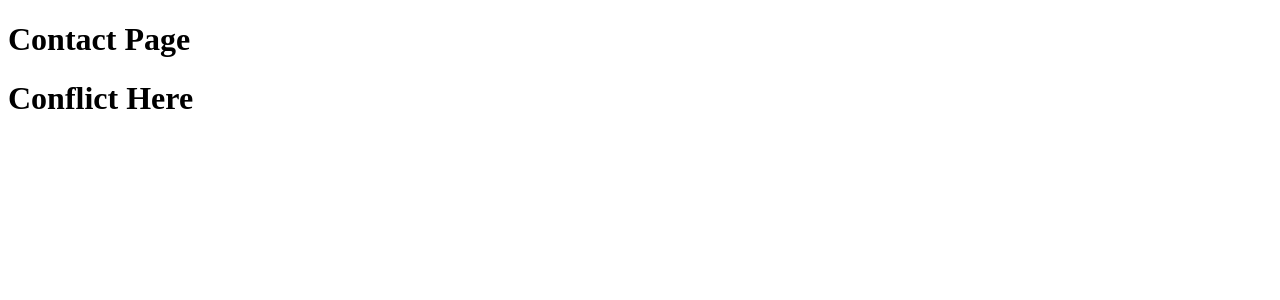
Repository: maianhbao9796/git_tutorial
Page: contact.html
An editor plug-in stored every save of this project. The page is shown before and after the next save, followed by the edit.
The browser window is 1280 px wide. The pictures show the whole page.

Above is the page before, as saved 2023-02-17 11:38:29.

After the next save:
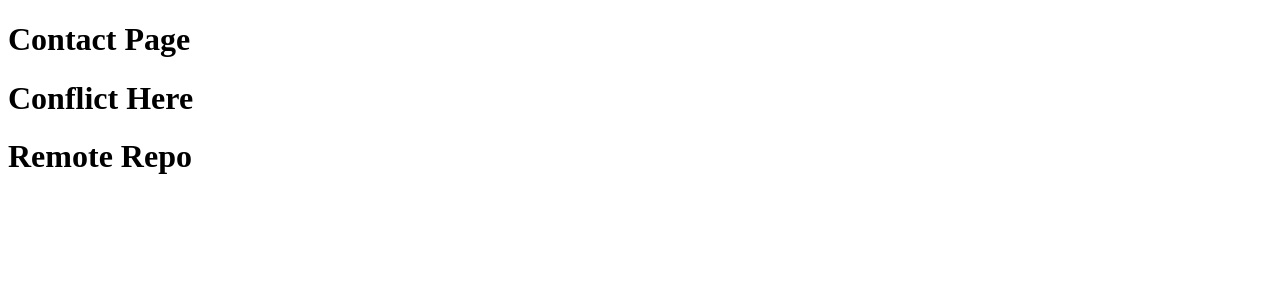
Saved 9 min 39 s later.
--- a/contact.html
+++ b/contact.html
@@ -9,5 +9,6 @@
 <body>
     <h1>Contact Page</h1>
     <h1>Conflict Here</h1>
+    <h1>Remote Repo</h1>
 </body>
 </html>
